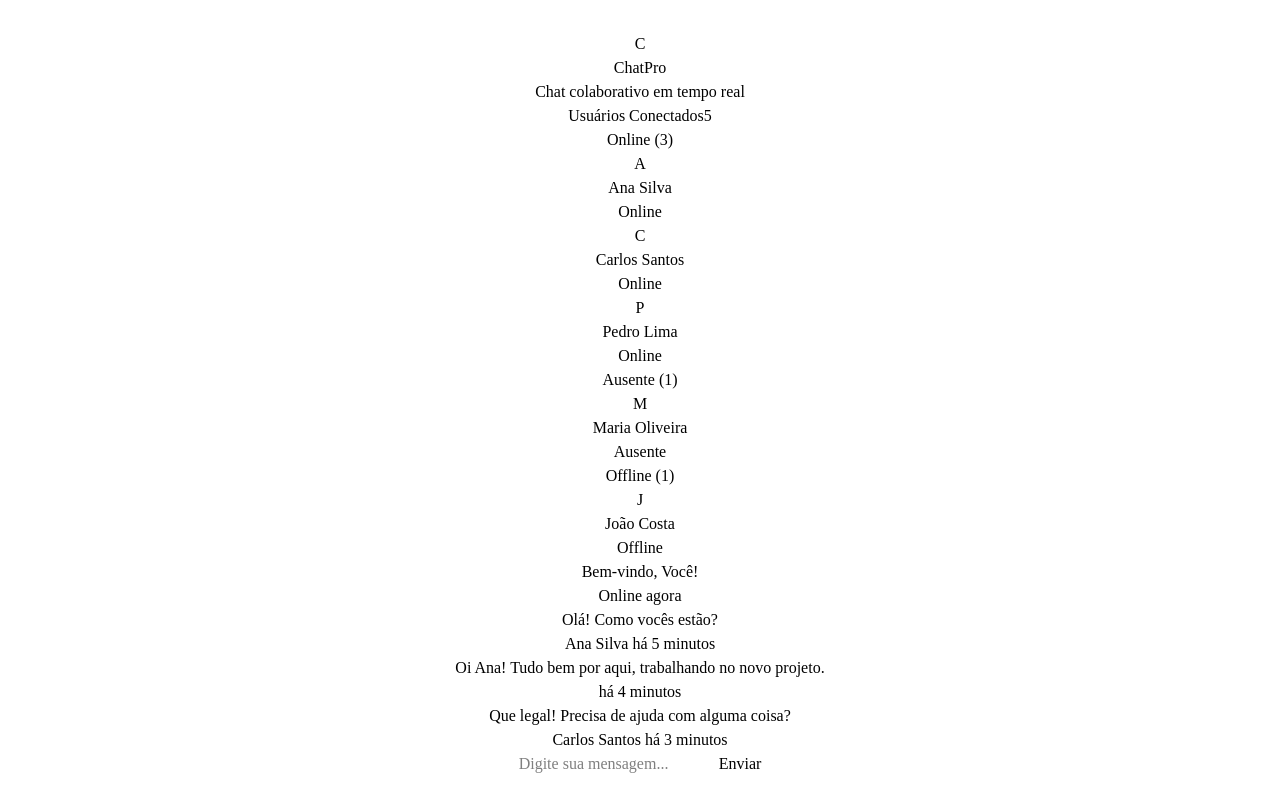
Repository: GabrielF0900/ChatPRO
Page: /chat (app in Frontend/)
The author's editor kept a copy of each file at every save. The page is drawn from the files as they stood at one save, then again after the next save.
The browser window is 1280 px wide. The pictures show the whole page.
The project was rebuilt for these pictures with package versions that can differ from the ones it lists, and the page was loaded fresh each time. Also part of the build but not shown: Frontend/vite.config.ts, Frontend/src/pages/Register.tsx, Frontend/src/pages/Login.tsx.

Above is the page before, as saved 2025-08-02 21:28:05.

### Frontend/src/App.tsx
import { BrowserRouter, Routes, Route } from 'react-router-dom';
import './App.css';
import Register from './pages/Register';
import LoginPage from './pages/Login';
import ChatPage from './pages/Dashboard';


function App() {
  return (
    <BrowserRouter>
      <Routes>
        <Route path="/register" element={<Register />} />
        <Route path="/login" element={<LoginPage />} />
        <Route path="/chat" element={<ChatPage />} />
        {/* Adicione outras rotas conforme necessário */}
      </Routes>
    </BrowserRouter>
  );
}

export default App;

### Frontend/src/pages/Dashboard.tsx
import { useState } from "react";

export default function ChatPage() {
  const [message, setMessage] = useState("");

  const handleSend = (e: React.FormEvent<HTMLFormElement>) => {
    e.preventDefault();
    console.log("Mensagem enviada:", message);
    setMessage("");
  };

  return (
    <div className="flex h-screen bg-gray-50">
      {/* Sidebar */}
      <aside className="w-80 bg-white border-r border-gray-200 flex flex-col">
        {/* Header do Chat */}
        <div className="p-4 border-b border-gray-200 bg-white">
          <div className="flex items-center gap-3">
            <div className="w-10 h-10 bg-blue-600 rounded-full flex items-center justify-center">
              <span className="text-white font-bold text-lg">C</span>
            </div>
            <div>
              <h1 className="text-xl font-bold text-gray-900">ChatPro</h1>
              <p className="text-sm text-gray-500">Chat colaborativo em tempo real</p>
            </div>
          </div>
        </div>

        {/* Lista de Usuários */}
        <div className="flex-1 overflow-y-auto p-4">
          <div className="mb-6">
            <div className="flex items-center justify-between mb-3">
              <span className="text-sm font-medium text-gray-700">Usuários Conectados</span>
              <span className="bg-gray-100 text-gray-600 text-xs px-2 py-1 rounded-full">5</span>
            </div>

            <div className="space-y-3">
              <div className="text-xs font-medium text-green-600 flex items-center gap-1">
                <span className="w-2 h-2 bg-green-500 rounded-full"></span>
                Online (3)
              </div>

              {[
                { name: "Ana Silva", initial: "A", color: "bg-blue-500" },
                { name: "Carlos Santos", initial: "C", color: "bg-green-500" },
                { name: "Pedro Lima", initial: "P", color: "bg-purple-500" },
              ].map((user) => (
                <div key={user.name} className="flex items-center gap-3 p-2 hover:bg-gray-50 rounded-lg cursor-pointer">
                  <div className={`w-8 h-8 ${user.color} rounded-full flex items-center justify-center relative`}>
                    <span className="text-white text-sm font-medium">{user.initial}</span>
                    <span className="absolute -bottom-0.5 -right-0.5 w-3 h-3 bg-green-500 border-2 border-white rounded-full"></span>
                  </div>
                  <div className="flex-1">
                    <p className="text-sm font-medium text-gray-900">{user.name}</p>
                    <p className="text-xs text-green-600">Online</p>
                  </div>
                </div>
              ))}
            </div>
          </div>

          <div className="mb-6">
            <div className="text-xs font-medium text-yellow-600 flex items-center gap-1 mb-3">
              <span className="w-2 h-2 bg-yellow-500 rounded-full"></span>
              Ausente (1)
            </div>

            <div className="flex items-center gap-3 p-2 hover:bg-gray-50 rounded-lg cursor-pointer">
              <div className="w-8 h-8 bg-gray-400 rounded-full flex items-center justify-center relative">
                <span className="text-white text-sm font-medium">M</span>
                <span className="absolute -bottom-0.5 -right-0.5 w-3 h-3 bg-yellow-500 border-2 border-white rounded-full"></span>
              </div>
              <div className="flex-1">
                <p className="text-sm font-medium text-gray-900">Maria Oliveira</p>
                <p className="text-xs text-yellow-600">Ausente</p>
              </div>
            </div>
          </div>

          <div>
            <div className="text-xs font-medium text-gray-500 flex items-center gap-1 mb-3">
              <span className="w-2 h-2 bg-gray-400 rounded-full"></span>
              Offline (1)
            </div>

            <div className="flex items-center gap-3 p-2 hover:bg-gray-50 rounded-lg cursor-pointer opacity-60">
              <div className="w-8 h-8 bg-gray-400 rounded-full flex items-center justify-center">
                <span className="text-white text-sm font-medium">J</span>
              </div>
              <div className="flex-1">
                <p className="text-sm font-medium text-gray-900">João Costa</p>
                <p className="text-xs text-gray-500">Offline</p>
              </div>
            </div>
          </div>
        </div>
      </aside>

      {/* Chat */}
      <main className="flex-1 flex flex-col">
        <header className="flex justify-between items-center px-6 py-4 border-b">
          <div></div>
          <div className="text-right">
            <p className="text-sm text-gray-700 font-medium">Bem-vindo, Você!</p>
            <p className="text-xs text-green-600">Online agora</p>
          </div>
        </header>

        {/* Mensagens */}
        <div className="flex-1 overflow-y-auto p-6 space-y-4">
          <div className="flex items-start gap-3">
            <div className="bg-gray-100 px-4 py-2 rounded-lg max-w-md">
              <p>Olá! Como vocês estão?</p>
            </div>
            <span className="self-end text-xs text-gray-500">Ana Silva há 5 minutos</span>
          </div>

          <div className="flex justify-end items-start gap-3">
            <div className="bg-blue-600 text-white px-4 py-2 rounded-lg max-w-md">
              <p>Oi Ana! Tudo bem por aqui, trabalhando no novo projeto.</p>
            </div>
            <span className="self-end text-xs text-gray-500">há 4 minutos</span>
          </div>

          <div className="flex items-start gap-3">
            <div className="bg-gray-100 px-4 py-2 rounded-lg max-w-md">
              <p>Que legal! Precisa de ajuda com alguma coisa?</p>
            </div>
            <span className="self-end text-xs text-gray-500">Carlos Santos há 3 minutos</span>
          </div>
        </div>

        {/* Input */}
        <form
          onSubmit={handleSend}
          className="border-t p-4 flex gap-2 items-center"
        >
          <input
            type="text"
            placeholder="Digite sua mensagem..."
            className="flex-1 border border-gray-300 rounded-md px-4 py-2 focus:outline-none focus:ring-1 focus:ring-blue-500"
            value={message}
            onChange={(e) => setMessage(e.target.value)}
          />
          <button
            type="submit"
            className="bg-blue-600 hover:bg-blue-700 text-white px-4 py-2 rounded-md"
          >
            Enviar
          </button>
        </form>
      </main>
    </div>
  );
}

Loaded but not shown: Frontend/index.html (common file); Frontend/src/main.tsx (common file); Frontend/src/index.css (common file); Frontend/src/App.css (common file)

After the next save:
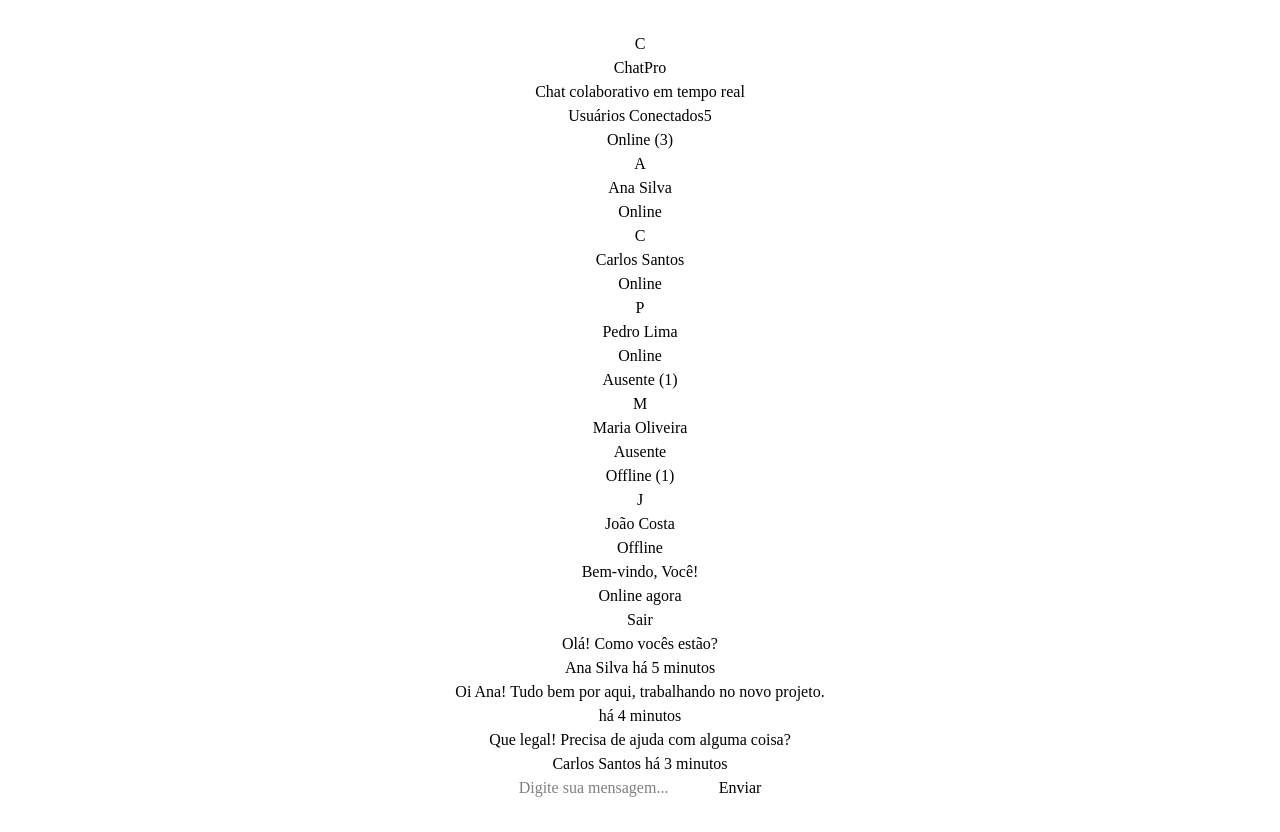
Saved 19 s later.
--- a/Frontend/src/pages/Dashboard.tsx
+++ b/Frontend/src/pages/Dashboard.tsx
@@ -96,13 +96,24 @@ export default function ChatPage() {
         </div>
       </aside>
 
-      {/* Chat */}
-      <main className="flex-1 flex flex-col">
-        <header className="flex justify-between items-center px-6 py-4 border-b">
+      {/* Chat Principal */}
+      <main className="flex-1 flex flex-col bg-white">
+        {/* Header do Chat */}
+        <header className="flex justify-between items-center px-6 py-4 border-b border-gray-200 bg-white">
           <div></div>
-          <div className="text-right">
-            <p className="text-sm text-gray-700 font-medium">Bem-vindo, Você!</p>
-            <p className="text-xs text-green-600">Online agora</p>
+          <div className="flex items-center gap-4">
+            <div className="text-right">
+              <p className="text-sm font-medium text-gray-900">Bem-vindo, Você!</p>
+              <p className="text-xs text-green-600">Online agora</p>
+            </div>
+            <button className="p-2 hover:bg-gray-100 rounded-lg">
+              <svg className="w-5 h-5 text-gray-500" fill="currentColor" viewBox="0 0 20 20">
+                <path fillRule="evenodd" d="M10 6a2 2 0 110-4 2 2 0 010 4zM10 12a2 2 0 110-4 2 2 0 010 4zM10 18a2 2 0 110-4 2 2 0 010 4z" clipRule="evenodd" />
+              </svg>
+            </button>
+            <button className="text-sm text-blue-600 hover:text-blue-700 font-medium">
+              Sair
+            </button>
           </div>
         </header>
 
